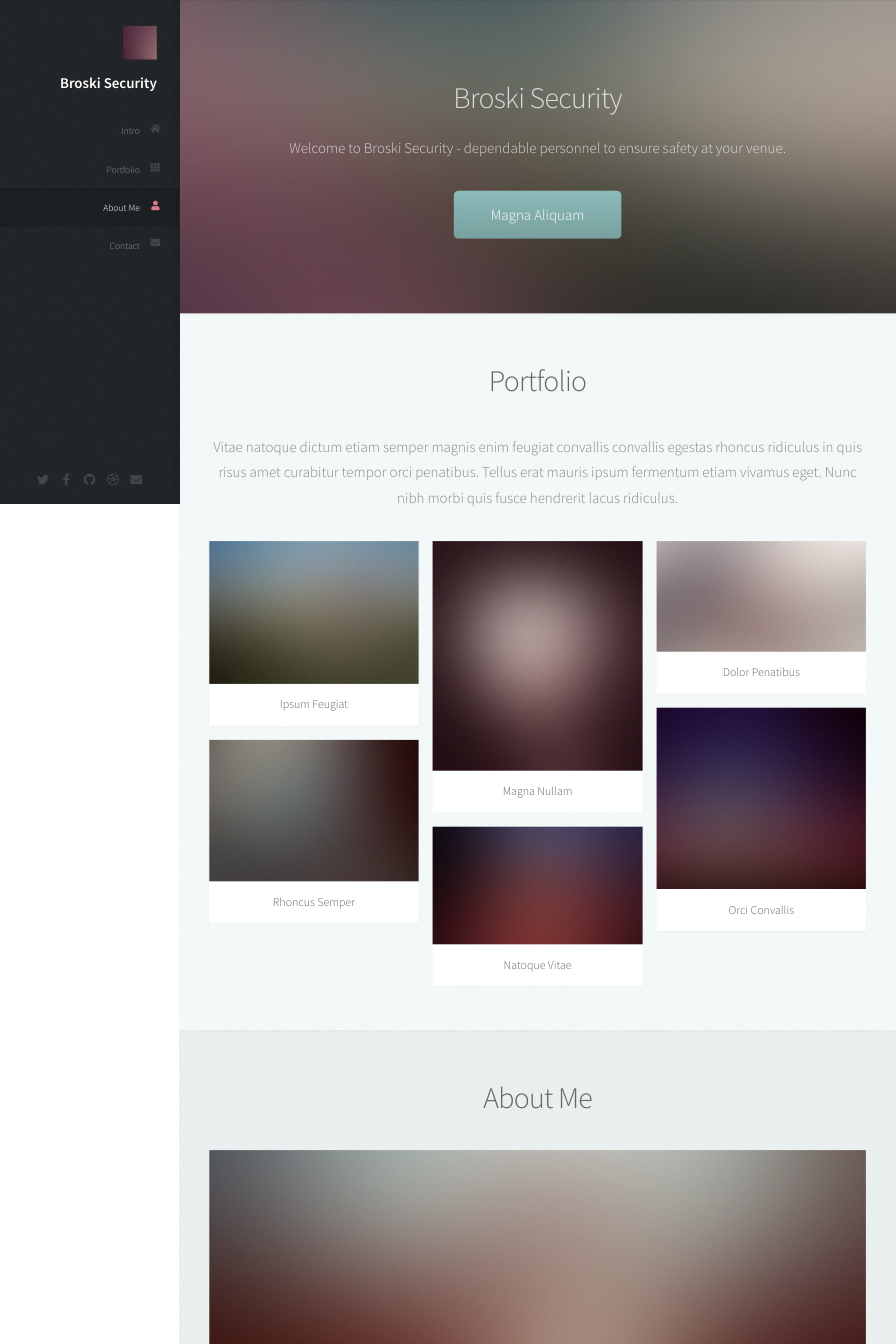
Repository: fiedore/fiedore.github.io
Page: index.html
The author's editor kept a copy of each file at every save. The page is drawn from the files as they stood at one save, then again after the next save.
The browser window is 1280 px wide. The pictures show the part of the page from y = 0 to 1920 px (the page is 3239 px tall), at 70% of full size.

Above is the page before, as saved 2025-06-02 23:57:35.

### index.html
<!DOCTYPE HTML>
<!--
	Prologue by HTML5 UP
	html5up.net | @ajlkn
	Free for personal and commercial use under the CCA 3.0 license (html5up.net/license)
-->
<html>
	<head>
		<title>Prologue by HTML5 UP</title>
		<meta charset="utf-8" />
		<meta name="viewport" content="width=device-width, initial-scale=1, user-scalable=no" />
		<link rel="stylesheet" href="assets/css/main.css" />
	</head>
	<body class="is-preload">

		<!-- Header -->
			<div id="header">

				<div class="top">

					<!-- Logo -->
						<div id="logo">
							<span class="image avatar48"><img src="images/avatar.jpg" alt="" /></span>
							<h1 id="title">Broski Security</h1>
						</div>

					<!-- Nav -->
						<nav id="nav">
							<ul>
								<li><a href="#top" id="top-link"><span class="icon solid fa-home">Intro</span></a></li>
								<li><a href="#portfolio" id="portfolio-link"><span class="icon solid fa-th">Portfolio</span></a></li>
								<li><a href="#about" id="about-link"><span class="icon solid fa-user">About Me</span></a></li>
								<li><a href="#contact" id="contact-link"><span class="icon solid fa-envelope">Contact</span></a></li>
							</ul>
						</nav>

				</div>

				<div class="bottom">

					<!-- Social Icons -->
						<ul class="icons">
							<li><a href="#" class="icon brands fa-twitter"><span class="label">Twitter</span></a></li>
							<li><a href="#" class="icon brands fa-facebook-f"><span class="label">Facebook</span></a></li>
							<li><a href="#" class="icon brands fa-github"><span class="label">Github</span></a></li>
							<li><a href="#" class="icon brands fa-dribbble"><span class="label">Dribbble</span></a></li>
							<li><a href="#" class="icon solid fa-envelope"><span class="label">Email</span></a></li>
						</ul>

				</div>

			</div>

		<!-- Main -->
			<div id="main">

				<!-- Intro -->
					<section id="top" class="one dark cover">
						<div class="container">

							<header>
								<h2 class="alt">Broski Security</h2>
								<p>Welcome to Broski Security - dependable personnel to ensure safety at your venue.</p>
							</header>

							<footer>
								<a href="#portfolio" class="button scrolly">Magna Aliquam</a>
							</footer>

						</div>
					</section>

				<!-- Portfolio -->
					<section id="portfolio" class="two">
						<div class="container">

							<header>
								<h2>Portfolio</h2>
							</header>

							<p>Vitae natoque dictum etiam semper magnis enim feugiat convallis convallis
							egestas rhoncus ridiculus in quis risus amet curabitur tempor orci penatibus.
							Tellus erat mauris ipsum fermentum etiam vivamus eget. Nunc nibh morbi quis
							fusce hendrerit lacus ridiculus.</p>

							<div class="row">
								<div class="col-4 col-12-mobile">
									<article class="item">
										<a href="#" class="image fit"><img src="images/pic02.jpg" alt="" /></a>
										<header>
											<h3>Ipsum Feugiat</h3>
										</header>
									</article>
									<article class="item">
										<a href="#" class="image fit"><img src="images/pic03.jpg" alt="" /></a>
										<header>
											<h3>Rhoncus Semper</h3>
										</header>
									</article>
								</div>
								<div class="col-4 col-12-mobile">
									<article class="item">
										<a href="#" class="image fit"><img src="images/pic04.jpg" alt="" /></a>
										<header>
											<h3>Magna Nullam</h3>
										</header>
									</article>
									<article class="item">
										<a href="#" class="image fit"><img src="images/pic05.jpg" alt="" /></a>
										<header>
											<h3>Natoque Vitae</h3>
										</header>
									</article>
								</div>
								<div class="col-4 col-12-mobile">
									<article class="item">
										<a href="#" class="image fit"><img src="images/pic06.jpg" alt="" /></a>
										<header>
											<h3>Dolor Penatibus</h3>
										</header>
									</article>
									<article class="item">
										<a href="#" class="image fit"><img src="images/pic07.jpg" alt="" /></a>
										<header>
											<h3>Orci Convallis</h3>
										</header>
									</article>
								</div>
							</div>

						</div>
					</section>

				<!-- About Me -->
					<section id="about" class="three">
						<div class="container">

							<header>
								<h2>About Me</h2>
							</header>

							<a href="#" class="image featured"><img src="images/pic08.jpg" alt="" /></a>

							<p>Tincidunt eu elit diam magnis pretium accumsan etiam id urna. Ridiculus
							ultricies curae quis et rhoncus velit. Lobortis elementum aliquet nec vitae
							laoreet eget cubilia quam non etiam odio tincidunt montes. Elementum sem
							parturient nulla quam placerat viverra mauris non cum elit tempus ullamcorper
							dolor. Libero rutrum ut lacinia donec curae mus vel quisque sociis nec
							ornare iaculis.</p>

						</div>
					</section>

				<!-- Contact -->
					<section id="contact" class="four">
						<div class="container">

							<header>
								<h2>Contact</h2>
							</header>

							<p>Elementum sem parturient nulla quam placerat viverra
							mauris non cum elit tempus ullamcorper dolor. Libero rutrum ut lacinia
							donec curae mus. Eleifend id porttitor ac ultricies lobortis sem nunc
							orci ridiculus faucibus a consectetur. Porttitor curae mauris urna mi dolor.</p>

							<form method="post" action="#">
								<div class="row">
									<div class="col-6 col-12-mobile"><input type="text" name="name" placeholder="Name" /></div>
									<div class="col-6 col-12-mobile"><input type="text" name="email" placeholder="Email" /></div>
									<div class="col-12">
										<textarea name="message" placeholder="Message"></textarea>
									</div>
									<div class="col-12">
										<input type="submit" value="Send Message" />
									</div>
								</div>
							</form>

						</div>
					</section>

			</div>

		<!-- Footer -->
			<div id="footer">

				<!-- Copyright -->
					<ul class="copyright">
						<li>&copy; Untitled. All rights reserved.</li><li>Design: <a href="http://html5up.net">HTML5 UP</a></li>
					</ul>

			</div>

		<!-- Scripts -->
			<script src="assets/js/jquery.min.js"></script>
			<script src="assets/js/jquery.scrolly.min.js"></script>
			<script src="assets/js/jquery.scrollex.min.js"></script>
			<script src="assets/js/browser.min.js"></script>
			<script src="assets/js/breakpoints.min.js"></script>
			<script src="assets/js/util.js"></script>
			<script src="assets/js/main.js"></script>

	</body>
</html>

Loaded but not shown: assets/css/fontawesome-all.min.css (library); assets/js/jquery.min.js (library); assets/js/jquery.scrolly.min.js (common file); assets/js/jquery.scrollex.min.js (common file); assets/js/browser.min.js (common file); assets/js/breakpoints.min.js (common file); assets/js/util.js (587 lines, source omitted); assets/js/main.js (123 lines, source omitted); assets/css/main.css (2633 lines, source omitted)

After the next save:
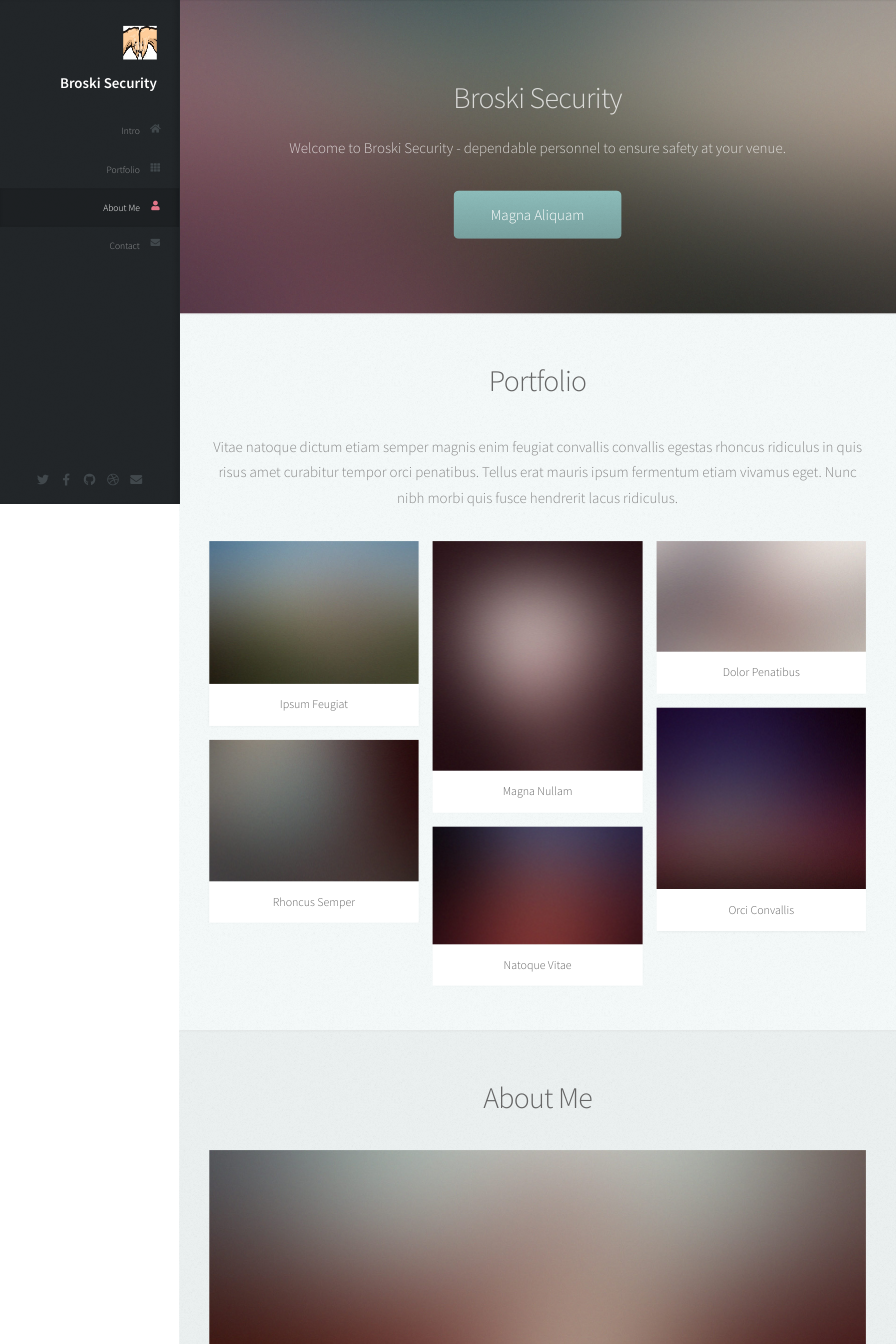
Saved 32 s later.
--- a/index.html
+++ b/index.html
@@ -20,7 +20,7 @@
 
 					<!-- Logo -->
 						<div id="logo">
-							<span class="image avatar48"><img src="images/avatar.jpg" alt="" /></span>
+							<span class="image avatar48"><img src="images/broski_logo.jpg" alt="" /></span>
 							<h1 id="title">Broski Security</h1>
 						</div>
 
